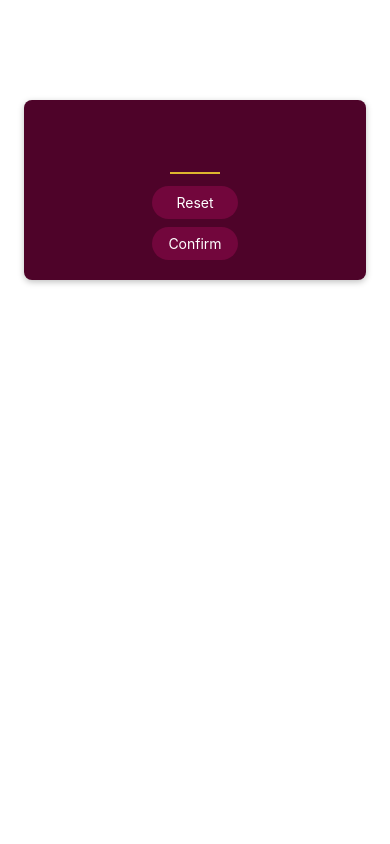
Repository: GarlicButterBoy/Number-Guessing-Game
Screen: /
The author's editor kept a copy of each file at every save. The screen is drawn from the files as they stood at one save, then again after a run of saves.
The app was drawn by React Native's web renderer in a window 390 px wide. The project was rebuilt for these pictures with package versions that can differ from the ones it lists, and the page was loaded fresh each time.

Above is the screen before, as saved 2024-05-03 09:22:10.

After the next 2 saves:
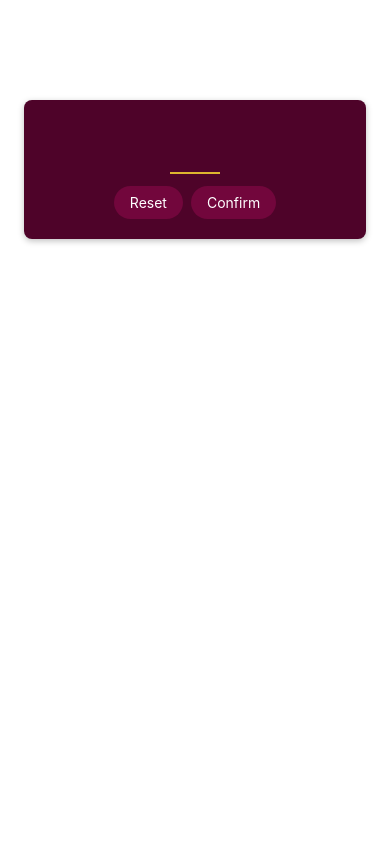
The 2 saves are shown as one change because 1 did not build or start.
The last was saved 10 s later.
--- a/screens/StartGameScreen.js
+++ b/screens/StartGameScreen.js
@@ -48,6 +48,7 @@ const styles = StyleSheet.create({
     textAlign: "center",
   },
     buttonContainer: {
+        flexDirection: 'row',
 
   },
 });
